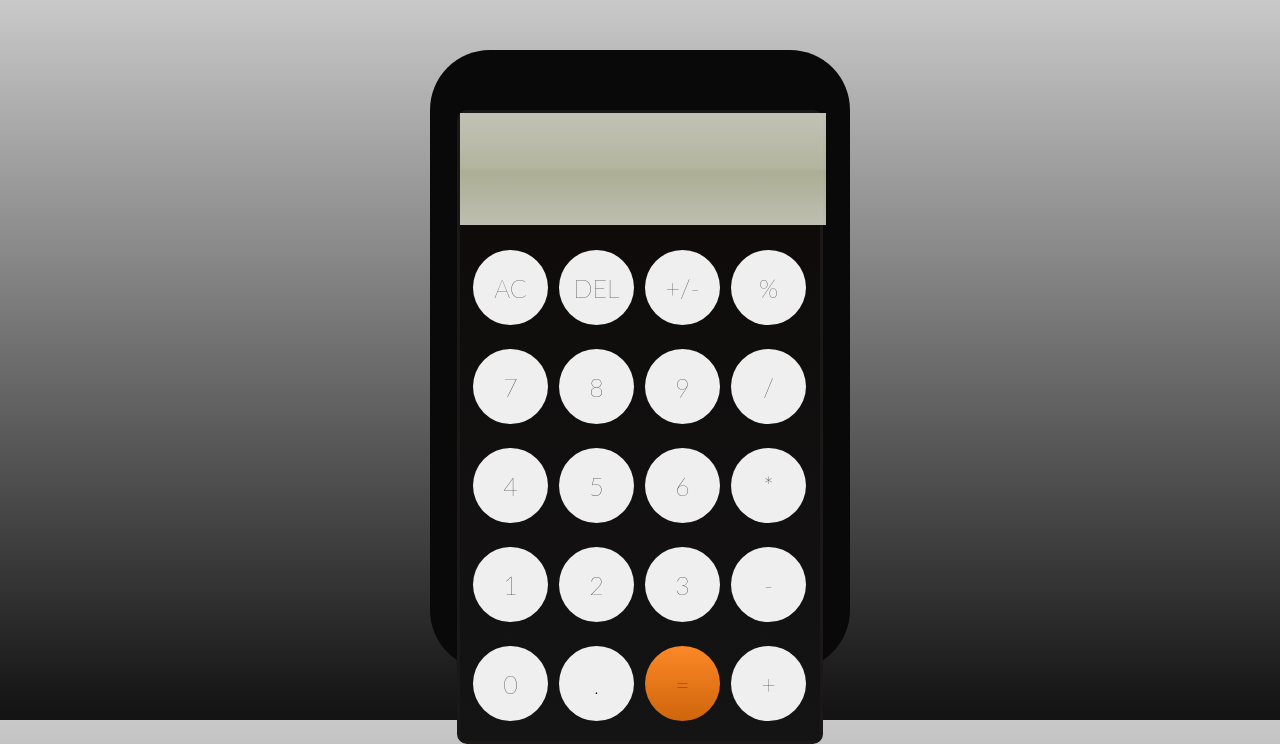
Repository: MhlengiNgubane/BrainnestJsTwo
Page: index.html
An editor plug-in stored every save of this project. The page is shown before and after the next save, followed by the edit.
The browser window is 1280 px wide. The pictures show the whole page.

Above is the page before, as saved 2022-09-12 09:06:52.

### index.html
<!DOCTYPE html>
<html lang="en">
<head>
    <meta charset="UTF-8">
    <meta http-equiv="X-UA-Compatible" content="IE=edge">
    <meta name="viewport" content="width=device-width, initial-scale=1.0">
    <title>CALCULATOR</title>

    <link rel="stylesheet" href="style.css">
</head>
    <body>
        <div class="wrapper">
            <div class="container">
                <input type="text" class="input" value="" disabled />
                <div class="buttons">
                    <button value="AC" class="brown clear">AC</button>
                    <button value="DEL" class="brown delete">DEL</button>
                    <button value="+/-" class="brown plusMinus">+/-</button>
                    <button value="%" class="brown percent">%</button>

                    <button value="7" class="number">7</button>
                    <button value="8" class="number">8</button>
                    <button value="9" class="number">9</button>
                    <button value="/" class="brown operator">/</button>

                    <button value="4" class="number">4</button>
                    <button value="5" class="number">5</button>
                    <button value="6" class="number">6</button>
                    <button value="*" class="brown operator">*</button>

                    <button value="1" class="number">1</button>
                    <button value="2" class="number">2</button>
                    <button value="3" class="number">3</button>
                    <button value="-" class="brown operator">-</button>

                    <button value="0" class="zero number">0</button>
                    <button value="." class="decimal">.</button>
                    <button value="=" class="equal operator">=</button>
                    <button value="+" class="brown operator">+</button>
                </div>
            </div>
        </div>
        <script src="App.js"></script>
    </body>
</html>

### style.css
* {
    border: 0;
    margin: 0;
    padding: 0;
    font-family: 'lato';
    font-weight: 100;
}

body{
    font-family: 'Roboto';
    font-weight: 400;
    background: linear-gradient(360deg, #141414 1.56%, rgba(0, 0, 0, 0.21) 100%);
    width: 100%;
    height: 100vh;
    display: flex;
    flex-direction: column;
    align-items: center;
    justify-content: center;
}

.wrapper{
    width: 420px;
    height: 620px;
    background: #090909;
    border-radius: 60px;
}

.container{
    align-items: center;
    margin: auto;
    margin-top: 60px;
    width: 360px;
    border: 20px;
    border: 3px solid #1d1818;
    background-color: #130e0e;
    border-radius: 10px;
    margin-bottom: 60px;
}

.input{
    background: linear-gradient(360deg, #E8EAD8 0%, #D2D6B7 48.12%, #DBDEC1 50.76%, #EDEFE0 100%);
    width: 94%;
    min-height: 65px;
    padding: 0 14px;
    text-align:  end;
    font-size: 48px;
    line-height: 112px;
    display: flex;
    align-items: center;
    justify-content: end;
    color: #000000;
    opacity: 0.8;
    outline: none;
    border: none;
}

.buttons{
    display: grid;
    grid-template-columns: repeat(4, 1fr);
    row-gap: 10px;
    column-gap: 10px;
    background: linear-gradient(360deg, #141414 1.56%, rgba(0, 0, 0, 0.21) 100%);
    padding: 18px 13px 13px 13px;
}

button{
    border: 1;
    outline: none;
    height: 75px;
    width: 75px;
    border-radius: 70px;
    text-align: center;
    margin-top: 7px;
    margin-bottom: 7px;
    font-size: 25px;
}

.grey{
    background: linear-gradient(180deg, #7F878C 0%, #4C5154 100%);
}


.equal{
    background: linear-gradient(180deg, #FC8827 0%, #CF650C 100%);
}

@media(max-width: 430px){
    .wrapper{
        width: 100%;
        height: 100%;
        border-radius: 0;
    }

    .buttons{
        row-gap: 5px;
        column-gap: 5px;
        background: linear-gradient(360deg, #141414 1.56%, rgba(0, 0, 0, 0.21) 100%);
        padding: 18px 13px 13px 13px;
    }


}

### App.js
/* Add two numbers */
function add(firstNumber, secondNumber){
  return firstNumber + secondNumber;
}
/* subtract two numbers */
function subtract(firstNumber, secondNumber){
  return firstNumber - secondNumber;
}
/* multiply two numbers */
function multiply(firstNumber, secondNumber){
  return firstNumber * secondNumber;
}
/* divide two numbers */
function divide(firstNumber, secondNumber){
  return firstNumber / secondNumber;
}
/* Make the operations */
function operate(operator, firstNumber, secondNumber){
  if(operator === '+'){
      return add(firstNumber, secondNumber);
  }
  else if(operator === '-'){
      return subtract(firstNumber, secondNumber);
  }
  else if(operator === '*'){
      return multiply(firstNumber, secondNumber);
  }
  else if(operator === '/'){
      return divide(firstNumber, secondNumber);
  }
  return secondNumber;
}

const display = document.querySelector('.input');

const calculator = {
  displayValue: '0',
  firstNumber: null,
  operator: null,
  secondNumber: false,
};

function clear() {
  calculator.displayValue = '0';
  calculator.firstNumber = null;
  calculator.operator = null;
  calculator.secondNumber = false;
}

function updateDisplay() {
  display.value = calculator.displayValue;
}

const buttons = document.querySelector('.buttons');
buttons.addEventListener('click', (e) => {
const target = e.target;

  if (!target.matches('button')) {
      return;
  }

  if (target.classList.contains('clear')) {
      clear();
      updateDisplay();
      return;
  }

  if (target.classList.contains('delete')) {
      undo();
      return;
  }

  if (target.classList.contains('plusMinus')) {
      plusMinus();
      return;
  }

  if (target.classList.contains('percent')) {
      percentage();
      return;
  }

  if (target.classList.contains('decimal')) {
      decimal(target.value);
      updateDisplay();
      return;
  }

  if (target.classList.contains('operator')) {
      calculate(target.value);
      updateDisplay();
      return;
  }

      displayNumber(target.value);
      updateDisplay();
});

function undo(){
  display.value = display.value.slice(0, -1);
  calculator.displayValue = display.value;
}

function plusMinus(){
  let displayPlusMinus = calculator.displayValue;
  if(displayPlusMinus >= 0){
      display.value = '-' + displayPlusMinus;
  }
  calculator.displayValue = display.value;
}

function percentage(){
  let displayPercent = calculator.displayValue;
  if(displayPercent != 0){
      display.value = displayPercent / 100;
  }
 calculator.displayValue = display.value;
}

function decimal(dot) {
  if (calculator.secondNumber === true) {
      calculator.displayValue = '0.'
      calculator.secondNumber = false;
      return
  }
  if (!calculator.displayValue.includes(dot)) {
      calculator.displayValue += dot;
  }
}

function displayNumber(number) {
  let displayValue = calculator.displayValue;
  const secondNumber = calculator.secondNumber;

  if (secondNumber === true) {
      calculator.displayValue = number;
      calculator.secondNumber = false;
  }
  else if(displayValue === '0'){
      calculator.displayValue = number;
  }
  else{
      calculator.displayValue = displayValue + number;
  }
}

function calculate(inputOperator) {
  const firstNumber = calculator.firstNumber;
  const displayValue = calculator.displayValue;
  const operator  = calculator.operator;

  const inputValue = parseFloat(displayValue);

  if (operator && calculator.secondNumber)  {
      calculator.operator = inputOperator;
      return;
    }

  if (firstNumber == null) {
      calculator.firstNumber = inputValue;

  } else if (operator) {
      const result = operate(operator, firstNumber, inputValue);
      calculator.displayValue = `${parseFloat(result.toFixed(6))}`;
      calculator.firstNumber = result;
  }
  calculator.secondNumber = true;
  calculator.operator = inputOperator;
  console.log(calculator);
}

After the next save:
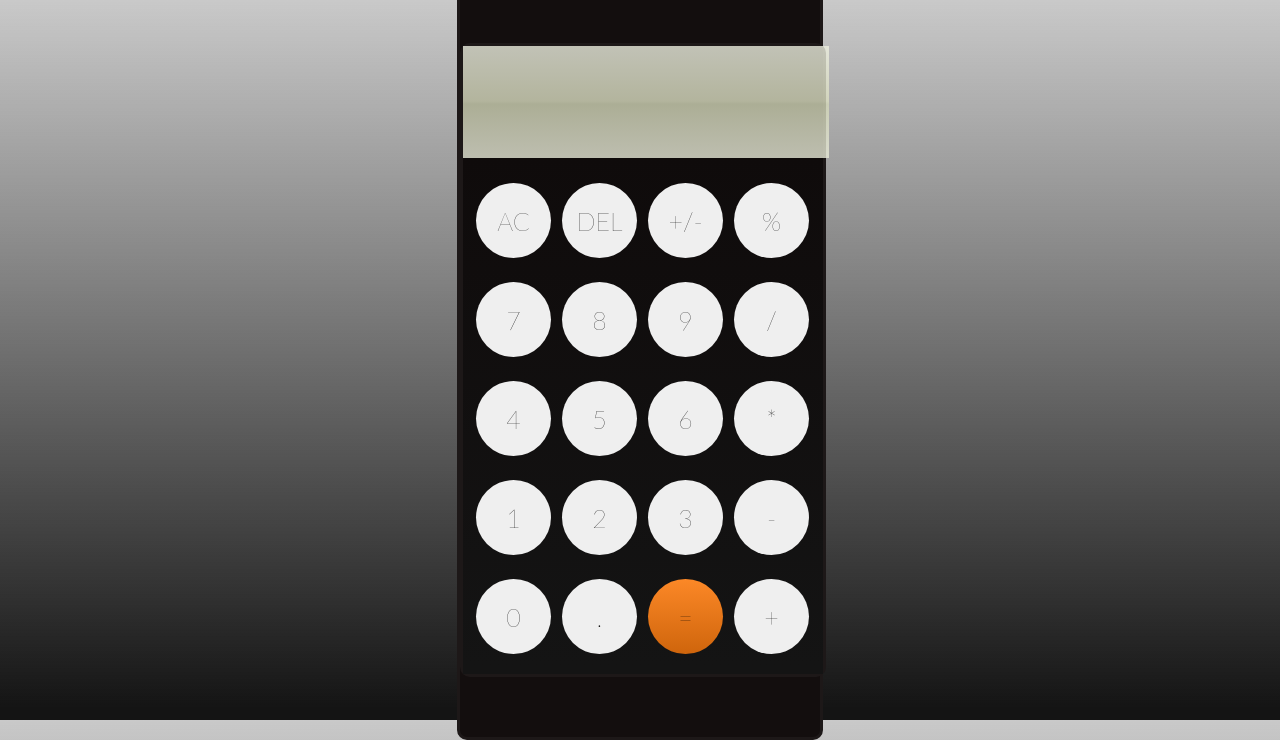
Saved 67 s later.
--- a/style.css
+++ b/style.css
@@ -19,10 +19,15 @@ body{
 }
 
 .wrapper{
-    width: 420px;
-    height: 620px;
-    background: #090909;
-    border-radius: 60px;
+    align-items: center;
+    margin: auto;
+    margin-top: 60px;
+    width: 360px;
+    border: 20px;
+    border: 3px solid #1d1818;
+    background-color: #130e0e;
+    border-radius: 10px;
+    margin-bottom: 60px;
 }
 
 .container{
